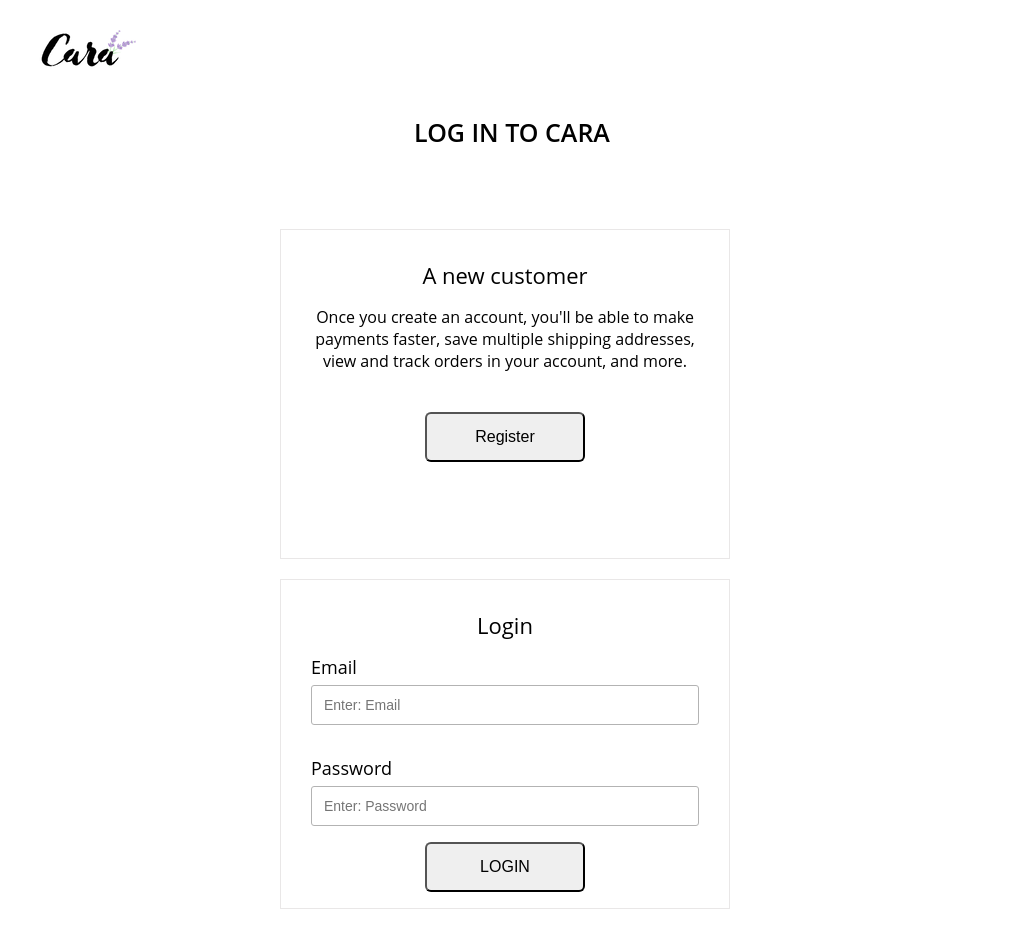
Repository: MinhNhatIT2901/Ecommerce
Page: login.html
These files come from the project's save history. The page is drawn as it stood at one moment and after the next save; the edit follows.
The browser window is 1024 px wide. The page is 1024 px wide, then 1036 px, so the pictures cover 1036 px, including what lies to the right of the window. The pictures show the whole page.

Above is the page before, as saved 2022-01-12 17:35:42.
Console error: TypeError: Cannot read properties of null (reading 'addEventListener')

### login.html
<!DOCTYPE html>
<html lang="en">
<head>
    <meta charset="UTF-8">
    <meta http-equiv="X-UA-Compatible" content="IE=edge">
    <meta name="viewport" content="width=device-width, initial-scale=1.0">
    <link rel="stylesheet" href="./login/login.css">
    <title>Login for Cara</title>
</head>
<body>
    <div class="logo-img">
        <a href="index.html">
            <img src="./imgs/img/logo.png" alt="">
        </a>
    </div>
    <div class="title">LOG IN TO CARA</div>
    <div class="wrap__box">
        <div class="wrap__content">
            <div class="wrap__container">
                <div class="wrap__title">A new customer</div>
                <p>Once you create an account, you'll be able to make payments faster,
                    save multiple shipping addresses, view and track orders in your account,
                    and more.
                </p>
                <div class="wrap__button">
                    <a href="sigin.html">
                        <button class="btn">
                            Register
                        </button>
                    </a>
                </div>
            </div>
        </div>
        <div class="wrap__content">
            <div class="wrap__container">
                <form action="">
                    <div class="wrap__title">Login</div>
                    <div class="form-group">
                        <label for="email" class="form-label">Email</label>
                        <input id="email" name="email" type="text" placeholder="Enter: Email" class="form-control">
                        <span class="form-message"></span>
                    </div>

                    <div class="form-group">
                        <label for="password" class="form-label">Password</label>
                        <input id="password" name="password" type="password" placeholder="Enter: Password" class="form-control">
                        <span class="form-message"></span>
                    </div>
                    <button class="btn">LOGIN</button>
                </form>
            </div>
        </div>
    </div>
</body>
    <script src="./login/login.js"></script>
</html>

### login/login.css
* {
  padding: 0;
  top: 0;
  box-sizing: border-box;
}

body {
  font-family: "Open Sans", sans-serif;
}

.logo-img {
  margin: 30px;
}

.title {
  text-align: center;
  margin: 40px 0 60px;
  font-size: 25px;
  font-weight: 600;
}

.wrap__box {
  width: 100%;
  display: flex;
  align-items: center;
  max-width: 1200px;
  margin: 0 auto;
}

.wrap__content {
  width: 50%;
}

.wrap__container {
  width: 580px;
  height: 380px;
  border: 1px solid #e9e7e7;
  margin-left: 20px;
  padding: 30px;
}

.wrap__title {
  font-size: 22px;
  font-weight: 500;
}

.wrap__button {
  margin-top: 40px;
}

.wrap__button a {
  text-decoration: none;
  color: #333;
}

.btn {
  width: 160px;
  height: 50px;
  transition: 0.4s ease;
  font-size: 16px;
  font-weight: 500;
  border-radius: 6px;
}

.btn:hover {
  background-color: #1dbfaf;
  border: none;
  color: #e9e7e7;
  cursor: pointer;
}

.form-group {
  display: flex;
  margin-bottom: 16px;
  flex-direction: column;
}

.form-label,
.form-message {
  text-align: left;
}

.form-label {
  font-weight: 500;
  padding: 15px 0 6px;
  font-size: 18px;
}

.form-control {
  height: 40px;
  padding: 8px 12px;
  border: 1px solid #b3b3b3;
  border-radius: 3px;
  outline: none;
  font-size: 14px;
}

.form-control:hover {
  border-color: #1dbfaf;
}

@media (max-width: 1200px) {
  .wrap__box {
    display: inline-block;
    text-align: center;
  }

  .wrap__content {
    margin: 20px auto;
  }

  .wrap__container {
    width: 450px;
    height: 330px;
  }
}

@media (max-width: 477px) {
  body {
    text-align: center;
  }

  .wrap__content {
    width: 100%;
  }

  .wrap__container {
    margin-left: 0px;
    width: 100%;
  }
}

### login/login.js
const input = document.querySelector(".input")
const eyeOpen = document.querySelector(".eye-open")
const eyeClose = document.querySelector(".eye-close")

eyeOpen.addEventListener("click", function () {
    eyeOpen.classList.add("hidden");
    eyeClose.classList.remove("hidden");
    input.setAttribute("type", "password");
});

eyeClose.addEventListener("click", function () {
    eyeOpen.classList.remove("hidden");
    eyeClose.classList.add("hidden");
    input.setAttribute("type", "text");
})

After the next save:
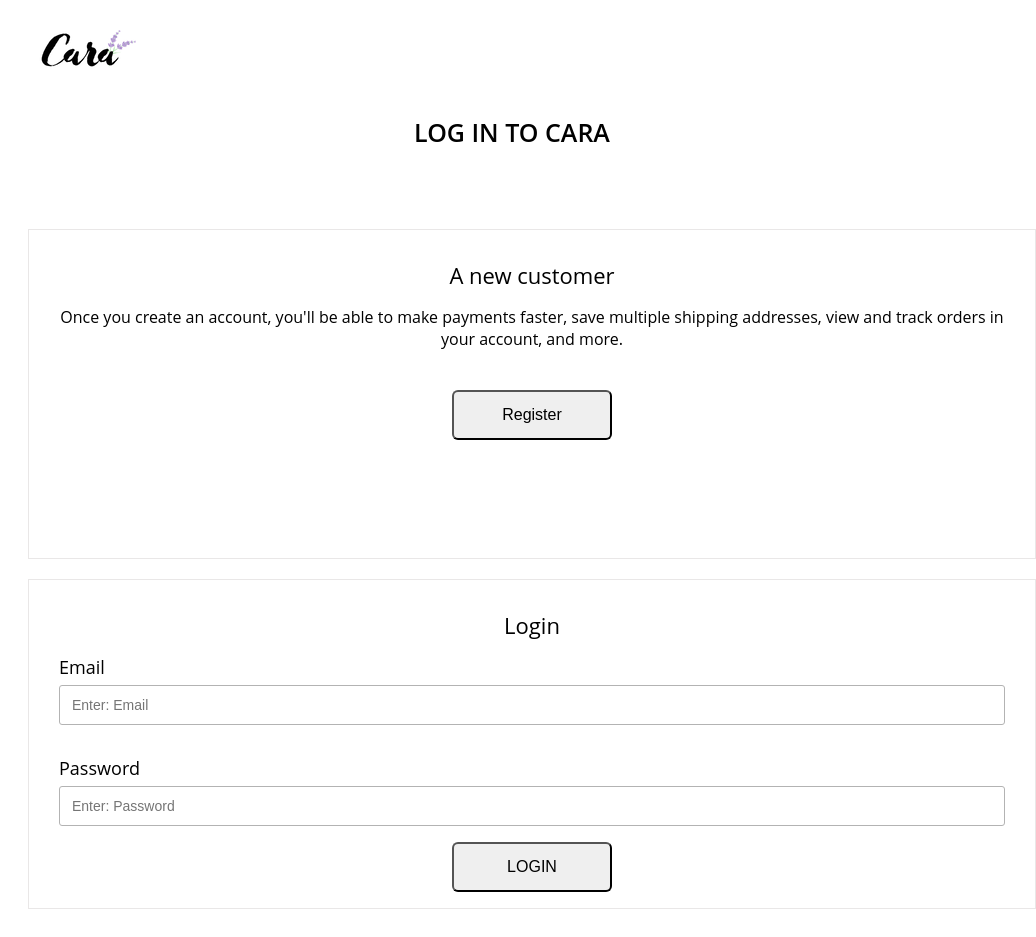
Saved 73 s later.
--- a/login/login.css
+++ b/login/login.css
@@ -107,10 +107,11 @@ body {
 
   .wrap__content {
     margin: 20px auto;
+    width: 100%;
   }
 
   .wrap__container {
-    width: 450px;
+    width: 100%;
     height: 330px;
   }
 }
